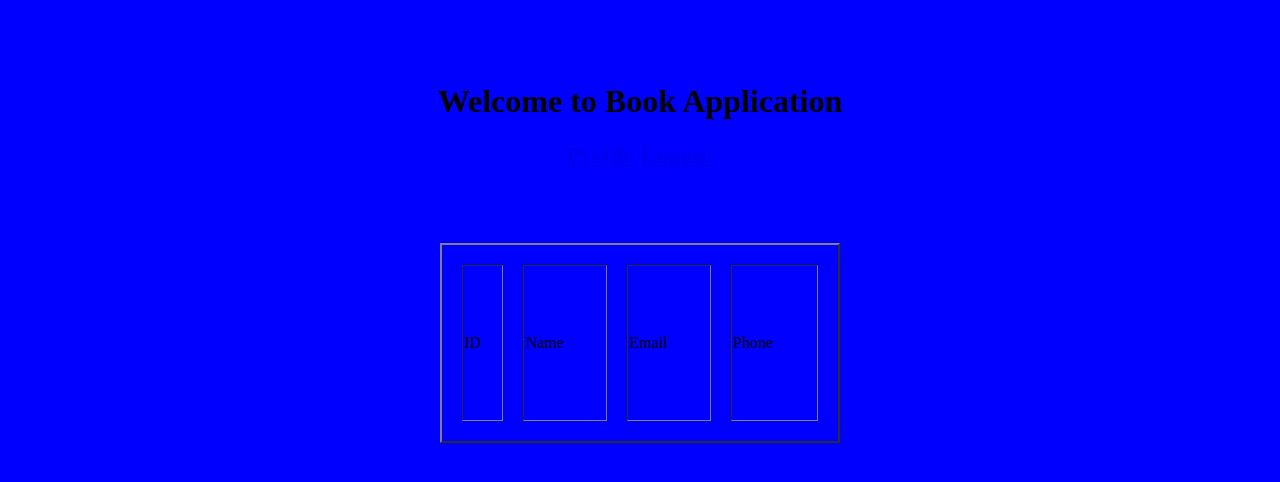
Repository: Alphavhiskey/Java
Page: http://localhost/bookApplication/profile.jsp
The author's editor kept a copy of each file at every save. The page is drawn from the files as they stood at one save, then again after the next save.
The browser window is 1280 px wide. The pictures show the whole page.
The page is served by Tomcat 9. Other server files are loaded and not shown. Queries for data that is not in the repository find no rows.

Above is the page before, as saved 2023-01-20 04:52:46.

### eclipse-workspace/bookApplication/src/main/webapp/profile.jsp
<!DOCTYPE html>
<html>
<head>
<meta charset="ISO-8859-1">
<title>Book Application</title>
</head>
<body bgcolor="blue">
<br><br><br>
<h1 align="center">Welcome to Book Application</h1>
<h2 align="center">
<a href="profile.jsp">Profile</a>
<a href="index.html">Logout</a></h2>
<br><br><br>
<table border="2" width="400" height="200" cellspacing="20" align="center">
<tr>
<td>ID</td><td>Name</td><td>Email</td><td>Phone</td>
</tr>
<%@page import="java.sql.*" %>
<%@page import="com.ex.*" %>
<%
Connection con=DatabaseConnection.getConnection();
String sql="select * from register";
PreparedStatement ps=con.prepareStatement(sql);
ResultSet rs=ps.executeQuery();
while(rs.next()){
%>
<tr>
<td><%=rs.getInt(1)%></td><td><%=rs.getString(2) %></td><td><%=rs.getString(4) %></td><td><%=rs.getInt(5) %></td>
</tr>
<%}%>

</table>
</body>
</html>

### eclipse-workspace/bookApplication/src/main/java/com/ex/DatabaseConnection.java
package com.ex;

import java.sql.Connection;
import java.sql.DriverManager;
import java.sql.SQLException;

public class DatabaseConnection {
	public static Connection getConnection() throws ClassNotFoundException,SQLException {
		Class.forName("com.mysql.cj.jdbc.Driver");
		String url="jdbc:mysql://localhost:3306/bookapp";
		String username="root";
		String password="root";
		Connection connection=DriverManager.getConnection(url,username,password);
		return connection;
	}

}

After the next save:
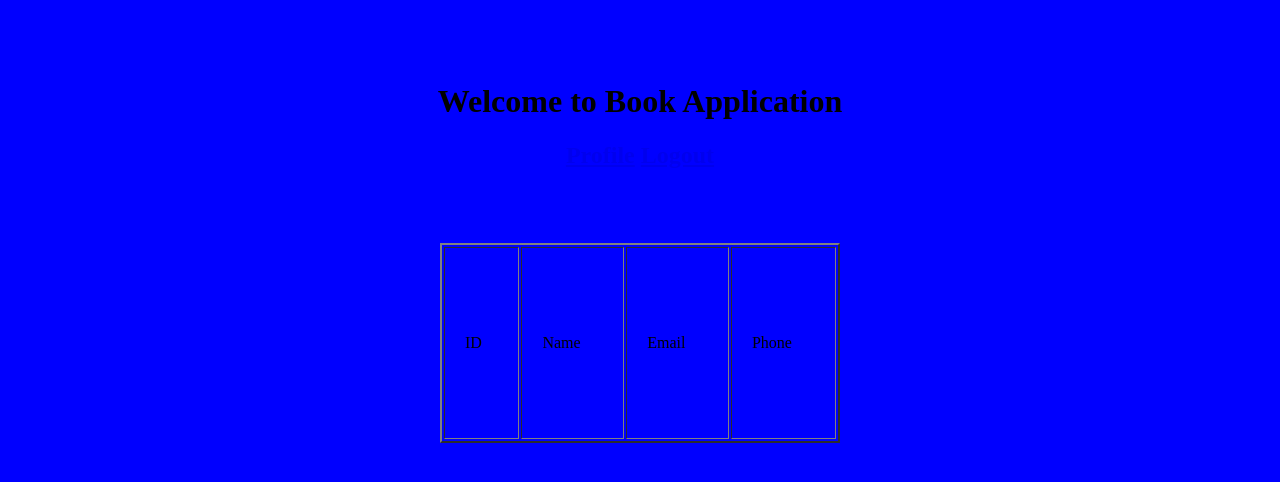
Saved 6 min 1 s later.
--- a/eclipse-workspace/bookApplication/src/main/webapp/profile.jsp
+++ b/eclipse-workspace/bookApplication/src/main/webapp/profile.jsp
@@ -11,7 +11,7 @@
 <a href="profile.jsp">Profile</a>
 <a href="index.html">Logout</a></h2>
 <br><br><br>
-<table border="2" width="400" height="200" cellspacing="20" align="center">
+<table border="2" width="400" height="200" cellpadding="20" align="center">
 <tr>
 <td>ID</td><td>Name</td><td>Email</td><td>Phone</td>
 </tr>
